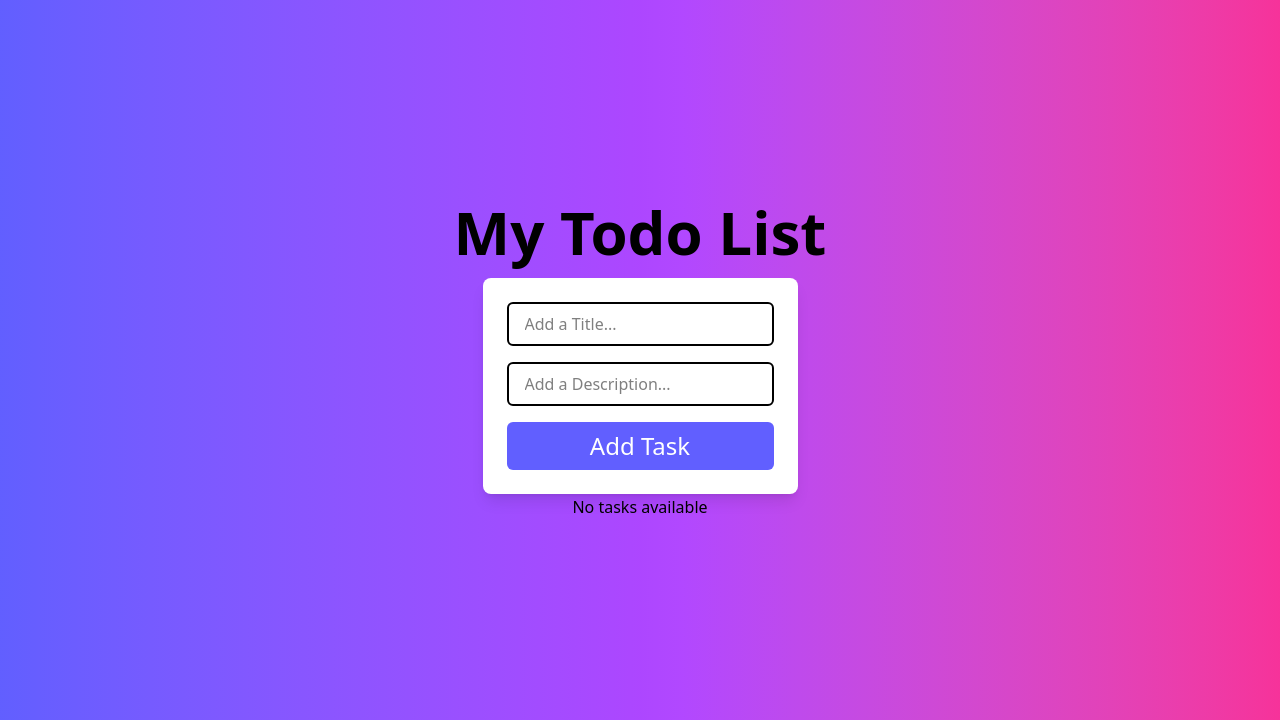
Repository: vgor15/todo-list
Page: /
An editor plug-in stored every save of this project. The page is shown before and after the next save, followed by the edit.
The browser window is 1280 px wide. The pictures show the whole page.
The project was rebuilt for these pictures with package versions that can differ from the ones it lists, and the page was loaded fresh each time. The framework's server and built-in components were replaced by stand-ins that run in the browser. Also part of the build but not shown: next.config.js, next.config.mjs.

Above is the page before, as saved 2025-03-05 11:00:39.

### app/layout.js
import { Geist, Geist_Mono } from "next/font/google";
import "./globals.css";

const geistSans = Geist({
  variable: "--font-geist-sans",
  subsets: ["latin"],
});

const geistMono = Geist_Mono({
  variable: "--font-geist-mono",
  subsets: ["latin"],
});

export const metadata = {
  title: "Todo List",
  description: "Todo List created by Vyom-Gor",
};

export default function RootLayout({ children }) {
  return (
    <html lang="en">
      <body
        className={`${geistSans.variable} ${geistMono.variable} antialiased`}
      >
        {children}
      </body>
    </html>
  );
}

### app/page.js
"use client";
import React, { useState } from "react";

const page = () => {
  const [title, setTitle] = useState("");
  const [description, setDescription] = useState("");
  const [mainTasks, setMainTasks] = useState([]);

  const submitHandler = (e) => {
    e.preventDefault();
    setMainTasks([...mainTasks, { title, description }]);
    console.log(title, description);
    setTitle("");
    setDescription("");
  };
  let renderTask = "No tasks available";

  return (
    <div className="h-screen flex flex-col items-center justify-center bg-gradient-to-r from-indigo-500 via-purple-500 to-pink-500">
      <h1 className="text-6xl font-bold text-center mb-4">My Todo List</h1>
      <form
        className="flex flex-col gap-4 bg-white p-6 rounded-lg shadow-lg"
        onSubmit={submitHandler}
      >
        <input
          className="border-2 px-4 py-2 rounded-md outline-none focus:ring-2 focus:ring-indigo-500 bg-white"
          type="text"
          placeholder="Add a Title..."
          autoComplete="off"
          value={title}
          onChange={(e) => setTitle(e.target.value)}
        />
        <input
          className="border-2 px-4 py-2 rounded-md outline-none focus:ring-2 focus:ring-indigo-500 bg-white"
          type="text"
          placeholder="Add a Description..."
          autoComplete="off"
          value={description}
          onChange={(e) => setDescription(e.target.value)}
        />
        <button className="bg-indigo-500 px-4  py-2 rounded-md text-2xl text-white cursor-pointer">
          Add Task
        </button>
      </form>
      <hr />
      <div className="flex flex-col gap-4">
        {mainTasks.length > 0
          ? mainTasks.map((task, index) => (
              <div
                key={index}
                className="flex justify-between items-center px-4 py-2 border-t-2 border-gray-200"
              >
                <h3>{task.title}</h3>
                <p>{task.description}</p>
              </div>
            ))
          : renderTask}
      </div>
      {/* </div> */}
    </div>
  );
};

export default page;

Loaded but not shown: app/globals.css (common file)

After the next save:
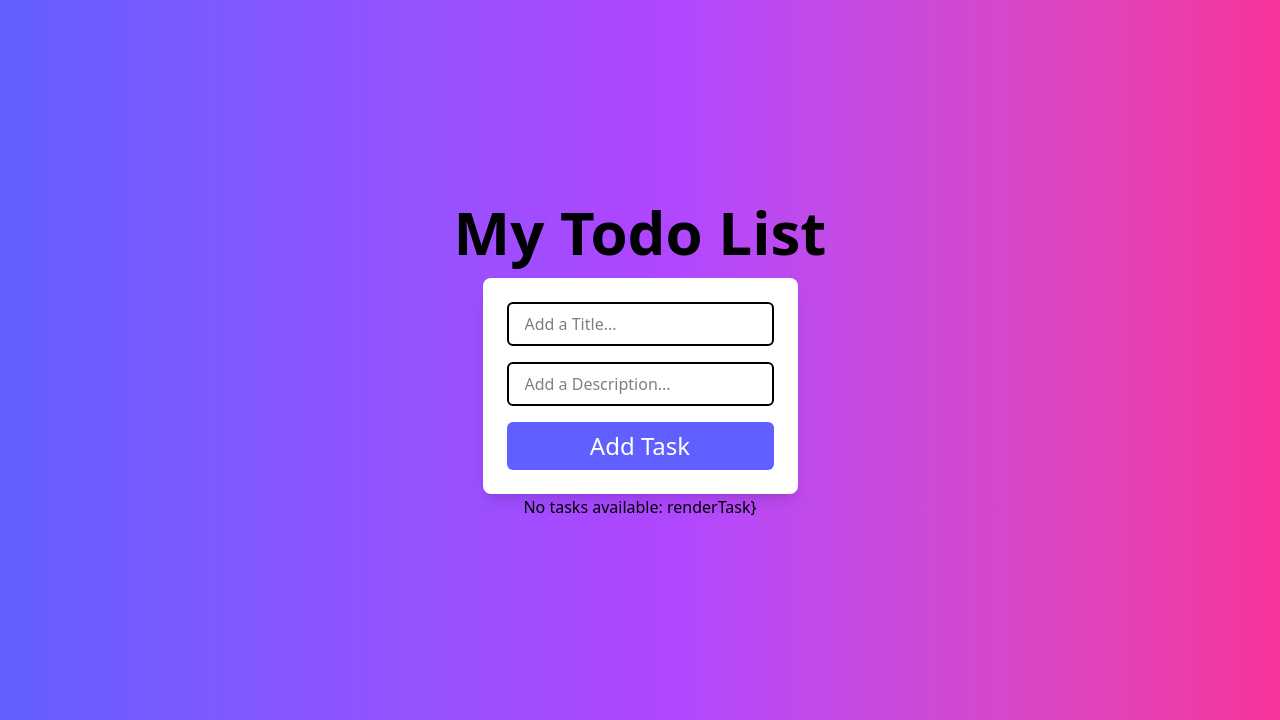
Saved 18 s later.
--- a/app/page.js
+++ b/app/page.js
@@ -1,3 +1,4 @@
+/*************  ✨ Codeium Command 🌟  *************/
 "use client";
 import React, { useState } from "react";
 
@@ -50,10 +51,12 @@
                 key={index}
                 className="flex justify-between items-center px-4 py-2 border-t-2 border-gray-200"
               >
+              >
                 <h3>{task.title}</h3>
                 <p>{task.description}</p>
               </div>
             ))
+          : "No tasks available"}
           : renderTask}
       </div>
       {/* </div> */}
@@ -62,3 +65,5 @@
 };
 
 export default page;
+
+/******  d8975928-43be-4228-86c0-d0d37fd71eac  *******/

After the 2 saves that followed:
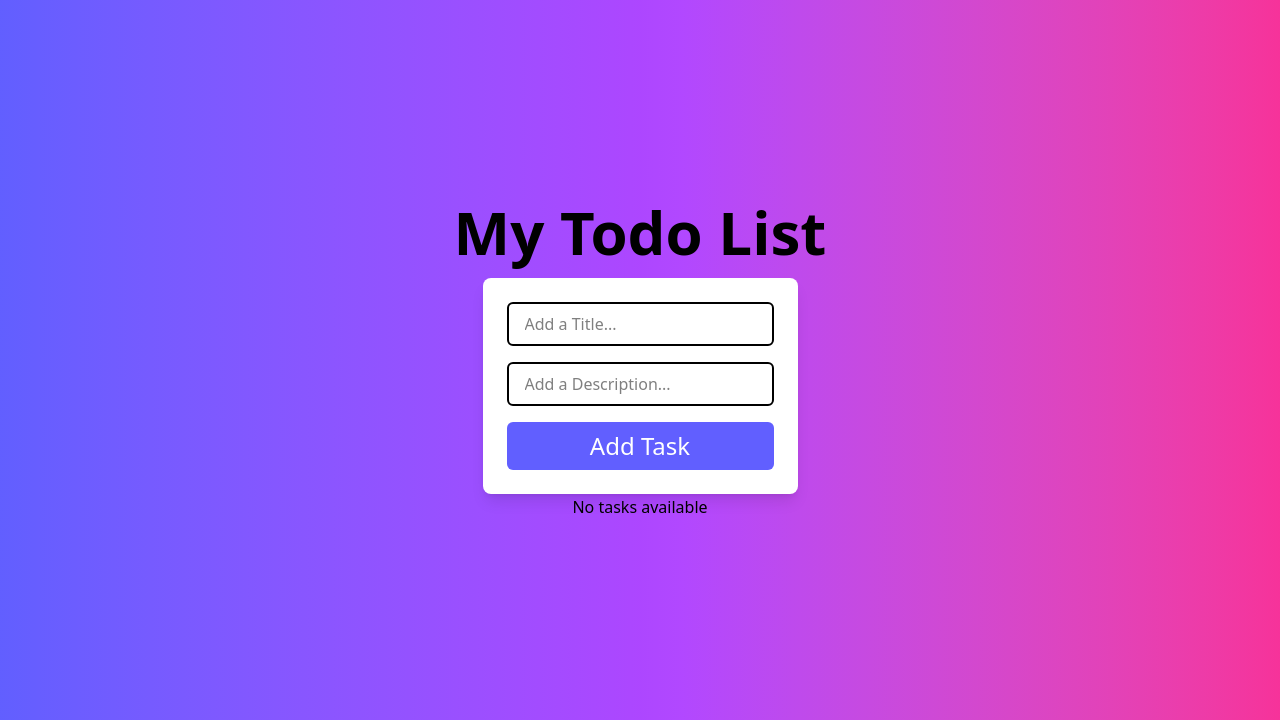
The 2 saves are shown as one change because they came seconds apart.
The last was saved 7 s later.
--- a/app/page.js
+++ b/app/page.js
@@ -1,4 +1,3 @@
-/*************  ✨ Codeium Command 🌟  *************/
 "use client";
 import React, { useState } from "react";
 
@@ -10,11 +9,9 @@
   const submitHandler = (e) => {
     e.preventDefault();
     setMainTasks([...mainTasks, { title, description }]);
-    console.log(title, description);
     setTitle("");
     setDescription("");
   };
-  let renderTask = "No tasks available";
 
   return (
     <div className="h-screen flex flex-col items-center justify-center bg-gradient-to-r from-indigo-500 via-purple-500 to-pink-500">
@@ -51,19 +48,14 @@
                 key={index}
                 className="flex justify-between items-center px-4 py-2 border-t-2 border-gray-200"
               >
-              >
                 <h3>{task.title}</h3>
                 <p>{task.description}</p>
               </div>
             ))
           : "No tasks available"}
-          : renderTask}
       </div>
-      {/* </div> */}
     </div>
   );
 };
 
 export default page;
-
-/******  d8975928-43be-4228-86c0-d0d37fd71eac  *******/
